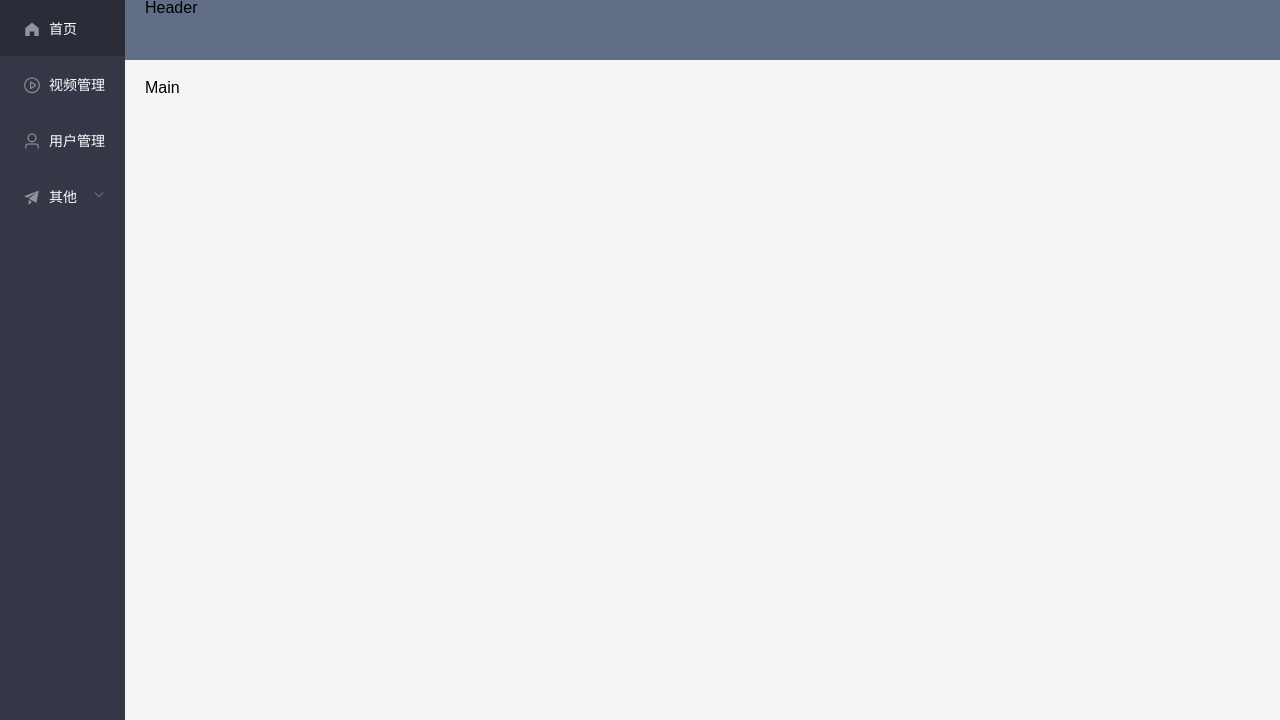
Repository: coWhy/vue-manage
Page: /
The author's editor kept a copy of each file at every save. The page is drawn from the files as they stood at one save, then again after the next save.
The browser window is 1280 px wide. The pictures show the whole page.
The project was rebuilt for these pictures with package versions that can differ from the ones it lists, and the page was loaded fresh each time. Also part of the build but not shown: vue.config.js.

Above is the page before, as saved 2020-04-13 15:56:04.

After the next save:
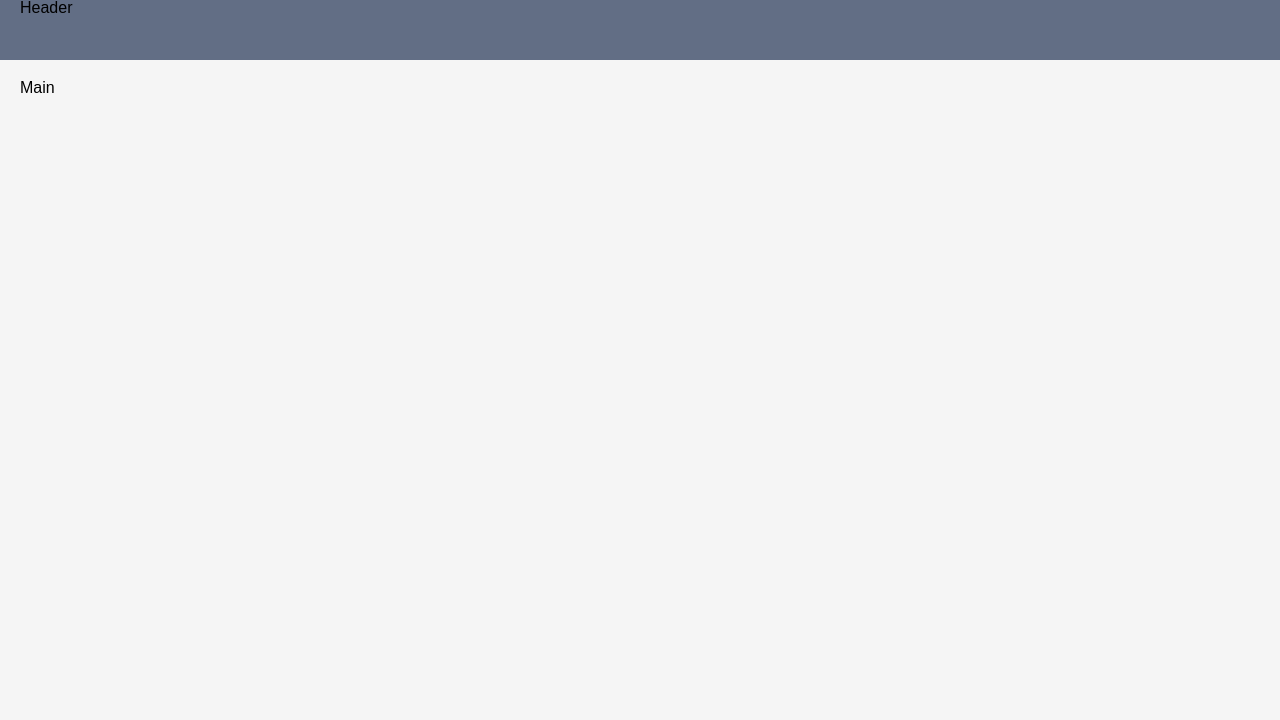
Saved 40 s later.
--- a/src/views/layout/components/aside/index.vue
+++ b/src/views/layout/components/aside/index.vue
@@ -30,10 +30,7 @@
         <span>{{ item.title }}</span>
       </template>
       <!--  item.children -->
-      <el-menu-item-group
-        v-for="(subItem, subIndex) in item.children"
-        :key="subIndex"
-      >
+      <el-menu-item-group>
         <el-menu-item :index="subItem.path">
           <i :class="subItem.icon"></i>
           <span slot="title">{{ subItem.title }}</span>

After the save that followed:
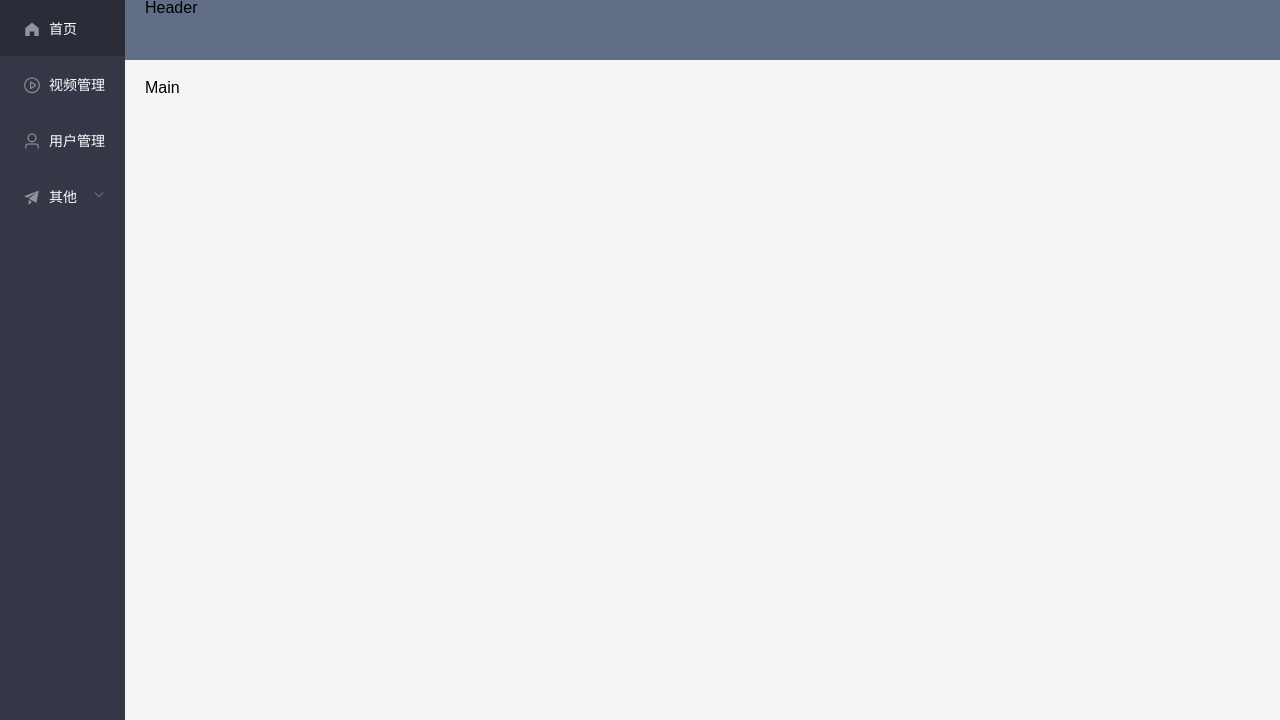
Saved 4 s later.
--- a/src/views/layout/components/aside/index.vue
+++ b/src/views/layout/components/aside/index.vue
@@ -31,7 +31,11 @@
       </template>
       <!--  item.children -->
       <el-menu-item-group>
-        <el-menu-item :index="subItem.path">
+        <el-menu-item
+          :index="subItem.path"
+          v-for="(subItem, subIndex) in item.children"
+          :key="subIndex"
+        >
           <i :class="subItem.icon"></i>
           <span slot="title">{{ subItem.title }}</span>
         </el-menu-item>
